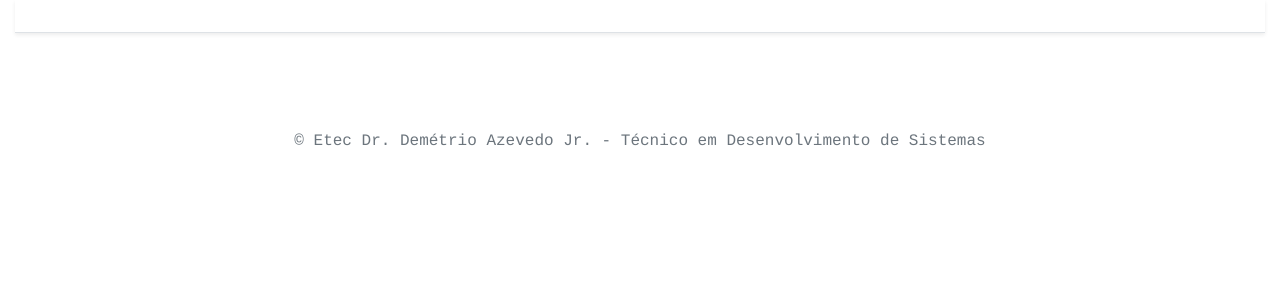
Repository: van051299/aula_20200211_crud
Page: http://localhost/perfil.php
These files come from the project's save history. The page is drawn as it stood at one moment and after the next save; the edit follows.
The browser window is 1280 px wide. The pictures show the whole page.
The page is run by PHP 8.4 with error messages shown; the project is at /var/www/html/. The session is filled in as if someone had signed in: {"login": "testuser"}. Other server files are loaded and not shown.

Above is the page before, as saved 2019-11-22 15:31:34.
Console error: TypeError: Cannot read properties of undefined (reading 'fn')

### 2511-v2.3/perfil.php
<?php
session_start();

include 'conexao.php';

if(empty($_SESSION["login"])){
	echo "<script>alert('Faça o login primeiramente!')</script>";
	header("Location:login.php");
}
?>

<!DOCTYPE html>
<html lang="pt-br">
	<head>
		<title>Perfil</title>
		<!-- Meta tags Obrigatórias -->
		<meta charset="utf-8" />
		<meta name="viewport" content="width=device-width, initial-scale=1, shrink-to-fit=no">
		<!-- Arquivo CSS Bootstrap -->
		<link rel="stylesheet" href="css/bootstrap.min.css" />
		<!-- Arquivo CSS do projeto -->
		<link rel="stylesheet" href="css/estilo.css" />
    <link rel="stylesheet" type="text/css" href="css/stylesheets.css">
		<!-- CSS interno -->
		<style>
		.container {
			max-width: 950px;

		}
		body {

            font-family:courier,arial,helvetica;
		}
		</style>
  </head>

  <body>

    <div class="container-fluid">
    <div class="d-flex flex-column flex-md-row align-items-center p-3 px-md-4 mb-3 bg-white border-bottom shadow-sm">
  	</div><!-- fim class container -->
    <footer class="my-5 pt-5 text-muted text-center text-small">
        <p class="mb-1">&copy; Etec Dr. Demétrio Azevedo Jr. - Técnico em Desenvolvimento de Sistemas</p>
      </footer>
	<!-- documentos javascript -->
	<script src="js/bootstrap.min.js"></script>
	<script src="js/jquery.min.js"></script>
	<script src="js/popper.min.js"></script>
  </body>
</html>

### 2511-v2.3/conexao.php
<?php
$servidor = "localhost";
$usuario = "root";
$senha = ""; //minas
$database = "MUSICA";

$conexao = mysqli_connect($servidor, $usuario, $senha, $database);
mysqli_set_charset($conexao, "utf8");

if(!$conexao)
	echo "Falha na conexão do Database!" . mysqli_connect_error();
else
	//echo "Conexão bem-sucedida!";

?>

### 2511-v2.3/css/estilo.css
/* documento CSS */
html,
body {
  height: 100%;
}



.lh-condensed { line-height: 1.25; }

.form-signin {
  width: 100%;
  max-width: 300px;
  padding: 15px;
  margin: auto;
  text-align:center;
}
.form-signin {
  font-weight: 400;
}
.form-signin .form-control {
  position: relative;
  box-sizing: border-box;
  height: auto;
  padding: 10px;
  font-size: 16px;
}
.form-signin .form-control:focus {
  z-index: 2;
}
.form-signin input[type="text"] {
  margin-bottom: -1px;
  border-bottom-right-radius: 0;
  border-bottom-left-radius: 0;
}
.form-signin input[type="password"] {
  margin-bottom: 10px;
  border-top-left-radius: 0;
  border-top-right-radius: 0;
}
.semcadastro {
  padding-top: 30px;
}
.semcadastro p a{
  text-decoration:none;
  font-weight:800;
}

Loaded but not shown: 2511-v2.3/css/bootstrap.min.css (library); 2511-v2.3/js/bootstrap.min.js (library); 2511-v2.3/js/jquery.min.js (library); 2511-v2.3/js/popper.min.js (library); 2511-v2.3/css/stylesheets.css (no stored copy; drawn as an empty file)

After the next save:
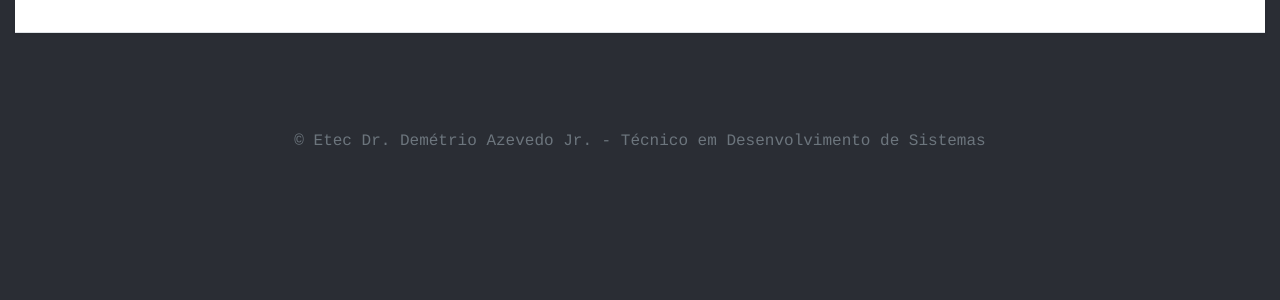
Saved 3 min 21 s later.
--- a/2511-v2.3/perfil.php
+++ b/2511-v2.3/perfil.php
@@ -28,7 +28,7 @@
 
 		}
 		body {
-
+			background-color: #2A2D34;
             font-family:courier,arial,helvetica;
 		}
 		</style>
